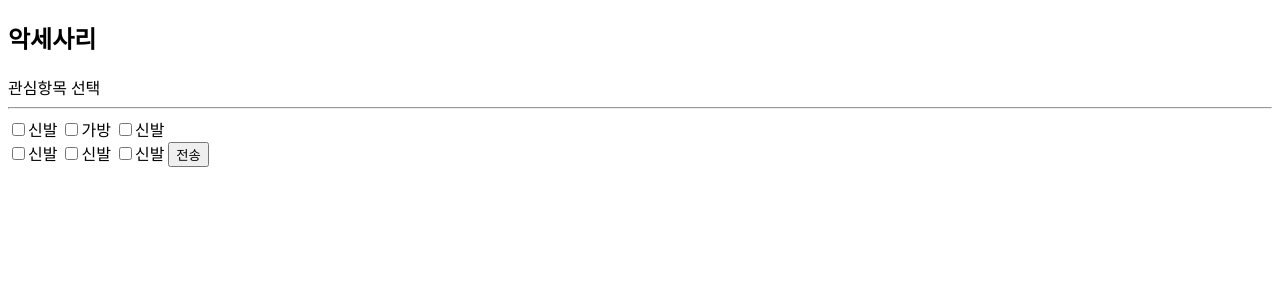
Repository: itrecipe/Web_ez
Page: http://localhost/jspCh07/17_checkbox.jsp
The author's editor kept a copy of each file at every save. The page is drawn from the files as they stood at one save, then again after the next save.
The browser window is 1280 px wide. The pictures show the whole page.
The page is served by Tomcat 9.

Above is the page before, as saved 2023-04-04 03:39:58.

After the next save:
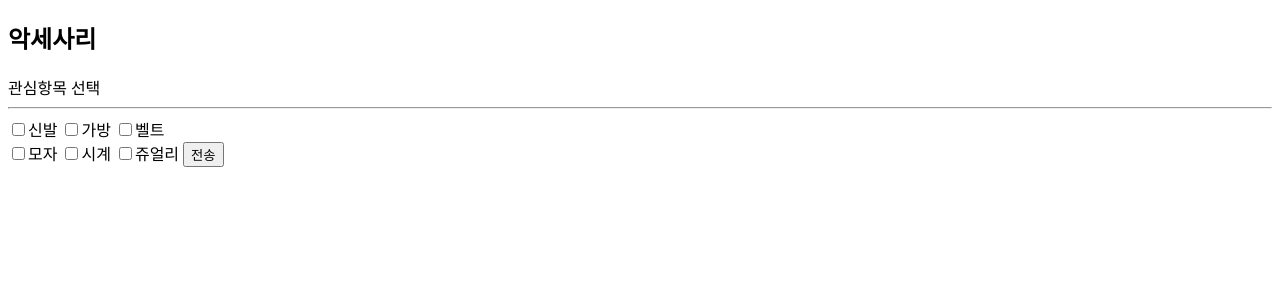
Saved 19 s later.
--- a/jspCh07/src/main/webapp/17_checkbox.jsp
+++ b/jspCh07/src/main/webapp/17_checkbox.jsp
@@ -15,10 +15,10 @@
 <form method="get" action="17_paramvalues.jsp">
 	<input type="checkbox" name="item" value="신발">신발
 	<input type="checkbox" name="item" value="가방">가방
-	<input type="checkbox" name="item" value="신발">신발<br>
-	<input type="checkbox" name="item" value="신발">신발
-	<input type="checkbox" name="item" value="신발">신발
-	<input type="checkbox" name="item" value="신발">신발
+	<input type="checkbox" name="item" value="벨트">벨트<br>
+	<input type="checkbox" name="item" value="모자">모자
+	<input type="checkbox" name="item" value="시계">시계
+	<input type="checkbox" name="item" value="쥬얼리">쥬얼리
 	<input type="submit" value="전송">
 
 </form>
